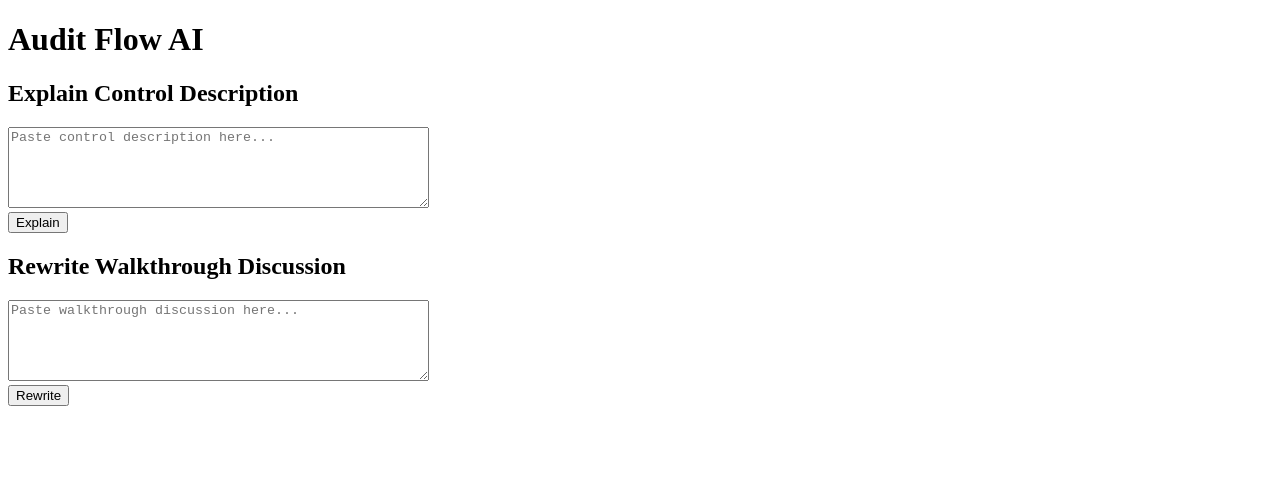
Repository: Adeolaode0/Audit-Flow-AI
Page: http://localhost/
These files come from the project's save history. The page is drawn as it stood at one moment and after the next save; the edit follows.
The browser window is 1280 px wide. The pictures show the whole page.
The page is served by the project's application, run on Flask 3 (app.py).

Above is the page before, as saved 2025-07-11 01:20:53.

After the next save:
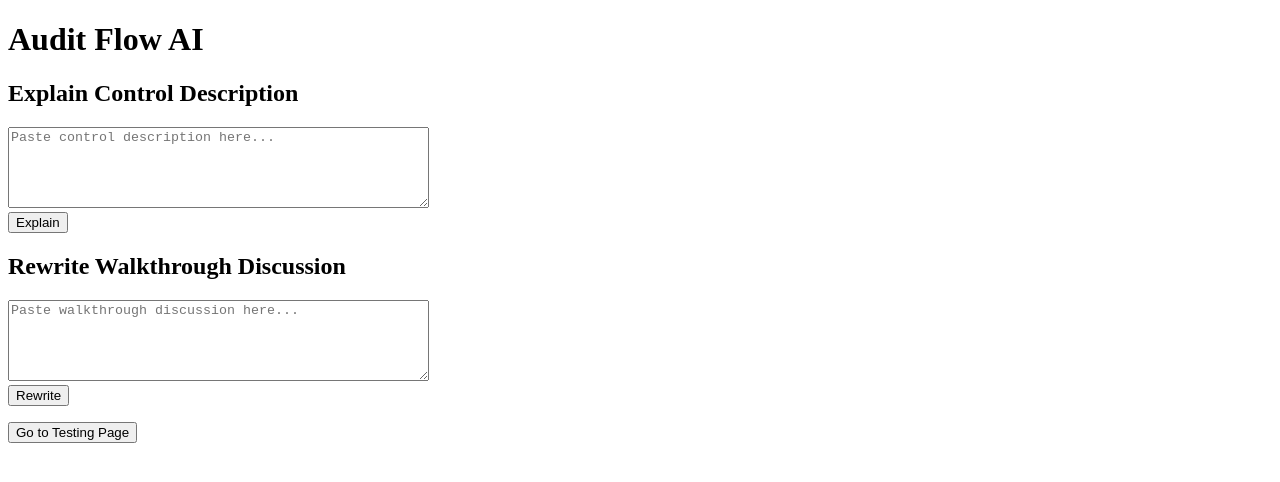
Saved 80 s later.
--- a/templates/index.html
+++ b/templates/index.html
@@ -20,6 +20,10 @@
         <textarea id="walkthrough-discussion" rows="5" cols="50" placeholder="Paste walkthrough discussion here..."></textarea><br>
         <button onclick="rewriteWalkthrough()">Rewrite</button>
         <p id="rewrite-result"></p>
+    </section>
+
+    <section>
+        <button onclick="goToTesting()">Go to Testing Page</button>
     </section>
 
     <script>
@@ -45,6 +49,10 @@
             const result = await response.json();
             document.getElementById("rewrite-result").innerText = result.narrative || result.error;
         }
+
+        function goToTesting() {
+            window.location.href = "/testing";
+        }
     </script>
 </body>
 </html>
